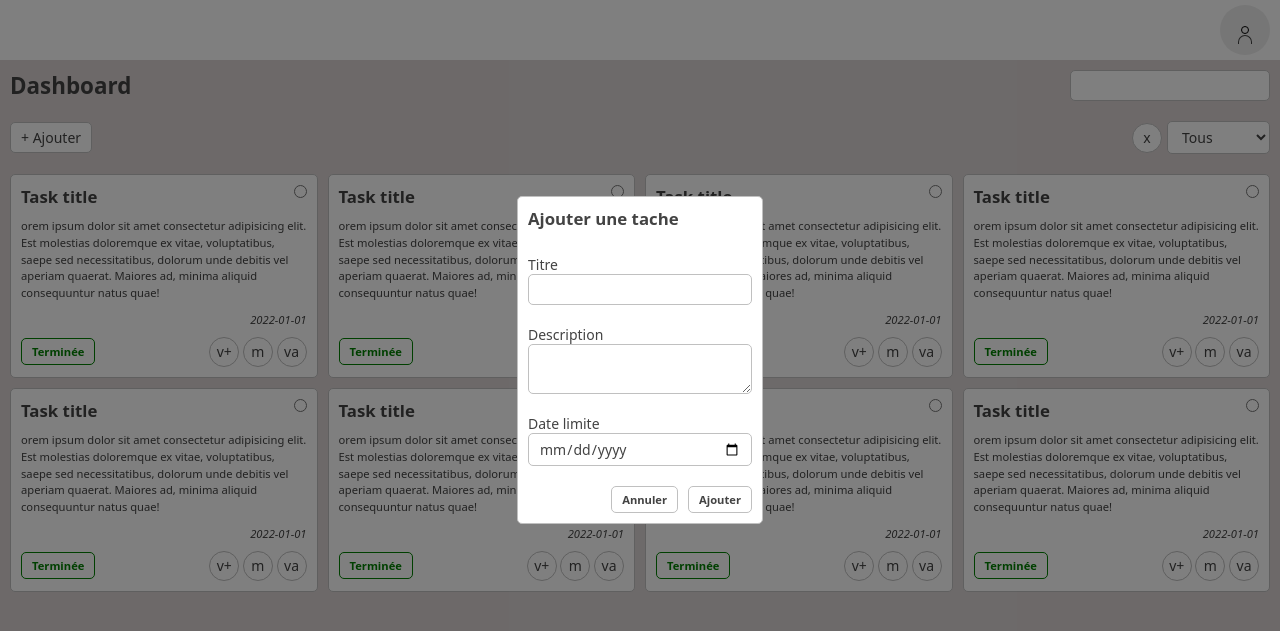
Repository: zpaulange/task_manager
Page: dashboard/index.html
These files come from the project's save history. The page is drawn as it stood at one moment and after the next save; the edit follows.
The browser window is 1280 px wide. The pictures show the whole page.

Above is the page before, as saved 2025-03-06 16:41:22.

### dashboard/index.html
<!DOCTYPE html>
<html lang="en">
<head>
    <meta charset="UTF-8">
    <meta name="viewport" content="width=device-width, initial-scale=1.0">
    <link rel="stylesheet" href="../assets/styles/dashboard/style.css">
    <title>Document</title>
</head>
<body>
  <section class="dashboard">
    <div class="dashboard_right">
      <nav class="dashbaord_nav">
        <a href="#" class="dashbaord_nav_avatar">
          <span></span>
        </a>
      </nav>
      <main class="main">
        <div class="main_header">
          <h1 class="main_header_title">Dashboard</h1>
          <input type="search" name="search" class=" main_header_search" style="width:200px">
        </div>
        <div class="main_header_actions">
          <div class="main_header_actions_left">
            <button class="main_header_actions_btn" id="addTask">+ Ajouter</button>
          </div>
          <div class="main_header_actions_right">
            <button class="main_header_actions_right_btnDel rounded-btn del">x</button>
            <select name="filter" class="main_header_actions_right_filter" id="">
              <option value="0">Tous</option>
              <option value="1">En cours</option>
              <option value="2">Annulés</option>
              <option value="3">Terminés</option>
            </select>
          </div>
        </div>
        <section class="main-task">
          <div class="main-task__content">
            <div class="main-task__content-item">
              <div class="main-task__content-item__title">
                Task title
              </div>
              <p class="main-task__content-item__desc">
                orem ipsum dolor sit amet consectetur adipisicing elit. Est molestias doloremque ex vitae, voluptatibus, saepe sed necessitatibus, dolorum unde debitis vel aperiam quaerat. Maiores ad, minima aliquid consequuntur natus quae!
              </p>
              <div class="main-task__content-item__date">
                2022-01-01
              </div>
              <div class="main-task__content-item__actions">
                <span class="main-task__content-item__actions_status completed">
                  Terminée
                </span>
                <div>
                  <button class="rounded-btn see-more">v+</button>
                  <button class="rounded-btn modify">m</button>
                  <button class="rounded-btn validate">va</button>
                </div>
              </div>
              <input type="radio" name="checkTask" class="checkTask" id="checkTask">
            </div>
            <div class="main-task__content-item">
              <div class="main-task__content-item__title">
                Task title
              </div>
              <p class="main-task__content-item__desc">
                orem ipsum dolor sit amet consectetur adipisicing elit. Est molestias doloremque ex vitae, voluptatibus, saepe sed necessitatibus, dolorum unde debitis vel aperiam quaerat. Maiores ad, minima aliquid consequuntur natus quae!
              </p>
              <div class="main-task__content-item__date">
                2022-01-01
              </div>
              <div class="main-task__content-item__actions">
                <span class="main-task__content-item__actions_status completed">
                  Terminée
                </span>
                <div>
                  <button class="rounded-btn see-more">v+</button>
                  <button class="rounded-btn modify">m</button>
                  <button class="rounded-btn validate">va</button>
                </div>
              </div>
              <input type="radio" name="checkTask" class="checkTask" id="checkTask">
            </div>
            <div class="main-task__content-item">
              <div class="main-task__content-item__title">
                Task title
              </div>
              <p class="main-task__content-item__desc">
                orem ipsum dolor sit amet consectetur adipisicing elit. Est molestias doloremque ex vitae, voluptatibus, saepe sed necessitatibus, dolorum unde debitis vel aperiam quaerat. Maiores ad, minima aliquid consequuntur natus quae!
              </p>
              <div class="main-task__content-item__date">
                2022-01-01
              </div>
              <div class="main-task__content-item__actions">
                <span class="main-task__content-item__actions_status completed">
                  Terminée
                </span>
                <div>
                  <button class="rounded-btn see-more">v+</button>
                  <button class="rounded-btn modify">m</button>
                  <button class="rounded-btn validate">va</button>
                </div>
              </div>
              <input type="radio" name="checkTask" class="checkTask" id="checkTask">
            </div>
            <div class="main-task__content-item">
              <div class="main-task__content-item__title">
                Task title
              </div>
              <p class="main-task__content-item__desc">
                orem ipsum dolor sit amet consectetur adipisicing elit. Est molestias doloremque ex vitae, voluptatibus, saepe sed necessitatibus, dolorum unde debitis vel aperiam quaerat. Maiores ad, minima aliquid consequuntur natus quae!
              </p>
              <div class="main-task__content-item__date">
                2022-01-01
              </div>
              <div class="main-task__content-item__actions">
                <span class="main-task__content-item__actions_status completed">
                  Terminée
                </span>
                <div>
                  <button class="rounded-btn see-more">v+</button>
                  <button class="rounded-btn modify">m</button>
                  <button class="rounded-btn validate">va</button>
                </div>
              </div>
              <input type="radio" name="checkTask" class="checkTask" id="checkTask">
            </div>
            <div class="main-task__content-item">
              <div class="main-task__content-item__title">
                Task title
              </div>
              <p class="main-task__content-item__desc">
                orem ipsum dolor sit amet consectetur adipisicing elit. Est molestias doloremque ex vitae, voluptatibus, saepe sed necessitatibus, dolorum unde debitis vel aperiam quaerat. Maiores ad, minima aliquid consequuntur natus quae!
              </p>
              <div class="main-task__content-item__date">
                2022-01-01
              </div>
              <div class="main-task__content-item__actions">
                <span class="main-task__content-item__actions_status completed">
                  Terminée
                </span>
                <div>
                  <button class="rounded-btn see-more">v+</button>
                  <button class="rounded-btn modify">m</button>
                  <button class="rounded-btn validate">va</button>
                </div>
              </div>
              <input type="radio" name="checkTask" class="checkTask" id="checkTask">
            </div>
            <div class="main-task__content-item">
              <div class="main-task__content-item__title">
                Task title
              </div>
              <p class="main-task__content-item__desc">
                orem ipsum dolor sit amet consectetur adipisicing elit. Est molestias doloremque ex vitae, voluptatibus, saepe sed necessitatibus, dolorum unde debitis vel aperiam quaerat. Maiores ad, minima aliquid consequuntur natus quae!
              </p>
              <div class="main-task__content-item__date">
                2022-01-01
              </div>
              <div class="main-task__content-item__actions">
                <span class="main-task__content-item__actions_status completed">
                  Terminée
                </span>
                <div>
                  <button class="rounded-btn see-more">v+</button>
                  <button class="rounded-btn modify">m</button>
                  <button class="rounded-btn validate">va</button>
                </div>
              </div>
              <input type="radio" name="checkTask" class="checkTask" id="checkTask">
            </div>
            <div class="main-task__content-item">
              <div class="main-task__content-item__title">
                Task title
              </div>
              <p class="main-task__content-item__desc">
                orem ipsum dolor sit amet consectetur adipisicing elit. Est molestias doloremque ex vitae, voluptatibus, saepe sed necessitatibus, dolorum unde debitis vel aperiam quaerat. Maiores ad, minima aliquid consequuntur natus quae!
              </p>
              <div class="main-task__content-item__date">
                2022-01-01
              </div>
              <div class="main-task__content-item__actions">
                <span class="main-task__content-item__actions_status completed">
                  Terminée
                </span>
                <div>
                  <button class="rounded-btn see-more">v+</button>
                  <button class="rounded-btn modify">m</button>
                  <button class="rounded-btn validate">va</button>
                </div>
              </div>
              <input type="radio" name="checkTask" class="checkTask" id="checkTask">
            </div>
            <div class="main-task__content-item">
              <div class="main-task__content-item__title">
                Task title
              </div>
              <p class="main-task__content-item__desc">
                orem ipsum dolor sit amet consectetur adipisicing elit. Est molestias doloremque ex vitae, voluptatibus, saepe sed necessitatibus, dolorum unde debitis vel aperiam quaerat. Maiores ad, minima aliquid consequuntur natus quae!
              </p>
              <div class="main-task__content-item__date">
                2022-01-01
              </div>
              <div class="main-task__content-item__actions">
                <span class="main-task__content-item__actions_status completed">
                  Terminée
                </span>
                <div>
                  <button class="rounded-btn see-more">v+</button>
                  <button class="rounded-btn modify">m</button>
                  <button class="rounded-btn validate">va</button>
                </div>
              </div>
              <input type="radio" name="checkTask" class="checkTask" id="checkTask">
            </div>
            <!-- <section class="box box-center">
              <h1>Aucune tache disponible...</h1>
            </section> -->
          </div>

        </section>
      </main>
    </div>
  </section>

  <!-- Modal -->
  <div class="modal" id="taskModal">
    <div class="modal-container">
      <h2 class="modal_title">Ajouter une tache</h2>
      <form action="#" class="form">
        <div class="form_item">
          <label for="taskTitle" class="">Titre</label>
          <input type="text">
        </div>
        <div class="form_item">
          <label for="taskDescription" class="">Description</label>
          <textarea></textarea>
        </div>
        <div class="form_item">
          <label for="taskDate" class="">Date limite</label>
          <input type="date">
        </div>
        <div class="form_item-btn">
          <button>Annuler</button>
          <button type="submit">Ajouter</button>
        </div>
      </form>
    </div>
  </div>

  <script src="../assets/js/script.js"></script>
</body>
</html>

### assets/styles/dashboard/style.css
*{
  margin:0;
  padding:0;
  box-sizing: border-box;
  position:relative;
  font-family: system-ui, sans-serif;
  font-size: 14px;
  color:#434343;
}
body{
  overflow-x: hidden;
}
a{
  text-decoration: none;
}
a:active, a:hover{
  color:#434343;
}
img{
  width: 100%;
  height: auto;
}
ul li{
  list-style: none;
}
input[type="search"],
input[type="text"],
input[type="date"], textarea{
  padding:5px 10px;
  border-radius:5px;
  border:1px solid silver;
  display: block;
  width: 100%;
}
input:focus, select:focus, textarea:focus{
  outline: none;
}

.dashboard{
  min-height: 100vh;
  background-color: #dbd4d4;
}

.dashboard_right{
  min-height: 100vh;
}
.dashbaord_nav{
  background-color: #fff;
  padding:5px 10px;
  display: flex;
  align-items:center;
  justify-content: flex-end;
  z-index: 1000;
  position: sticky;
  top:0;
  left:0;
}
.dashbaord_nav_avatar{
  display: flex;
  align-items: center;
  justify-content: center;
  height:50px;
  width: 50px;
  border-radius:50%;
  background-color: #eee;

}
.dashbaord_nav_avatar span{
  display: inline-block;
  height: 8px;
  width: 8px;
  border-radius:50%;
  border:1px solid #000
}
.dashbaord_nav_avatar span:before{
  content:'';
  position: absolute;
  height: 8px;
  width: 12px;
  border:1px solid;
  left:50%;
  transform: translateX(-50%);
  top:8px;
  border-bottom: none;
  border-top-left-radius: 10px;
  border-top-right-radius: 10px;
}

.main{
  padding:10px;
}
.main_header_title{
  font-size: 1.6rem;
}
.box{
  min-height: calc(100vh - 180px);
  background-color: #fff;
  border-radius:5px;
  padding:10px;
  margin-top:20px
}
.box.box-center{
  display: flex;
  align-items:center;
  justify-content: center;
}

.main_header{
  display: flex;
  justify-content: space-between;
  align-items:center;
  margin-bottom:20px;
}
.main_header_actions{
  display: flex;
  justify-content: space-between;
  align-items:center;
}
.main_header_actions_btn{
  padding:5px 10px;
  border-radius:5px;
  border:1px solid silver;
  background-color: #fff;
  cursor: pointer;
  transition: .2s;
}
.main_header_actions_btn:hover{
  background-color:blue;
  color:#fff;
}
.main_header_actions_right{
  display: flex;
  align-items:center;
  gap:5px;
}
.rounded-btn{
  border-radius:50%;
  border:1px solid silver;
  background-color: #fff;
  cursor: pointer;
  transition: .2s;
  cursor:pointer;
  width: 30px;
  height: 30px;
}
.rounded-btn.del:hover{
  background-color:red;
  color:#fff;
}
.rounded-btn.see-more:hover{
  background-color:blue;
  color:#fff;
}
.rounded-btn.modify:hover{
  background-color:rgb(172, 172, 14);
  color:#fff;
}
.rounded-btn.validate:hover{
  background-color:green;
  color:#fff;
}
.main_header_actions_right_filter{
  padding:5px 10px;
  border-radius:5px;
  border:1px solid silver;
  background-color: #fff;
}

.main-task__content{
  margin-top:20px;
  display: grid;
  grid-template-columns: repeat(auto-fill, minmax(300px, 1fr));
  gap:10px
}
.main-task__content-item{
  background-color:#fff;
  padding:10px;
  border-radius:5px;
  border:1px solid silver
}
.main-task__content-item__title{
  font-size: 1.2rem;
  font-weight: 600;
  padding-right:30px;
}
.main-task__content-item__desc{
  font-size: .8rem;
  line-height: 1.2rem;
  margin-top:10px;
  margin-bottom:10px;
}
.main-task__content-item__date{
  font-size: .8rem;
  text-align: right;
  font-style: italic;
}

.main-task__content-item__actions{
  display: flex;
  justify-content: space-between;
  align-items:center;
  margin-top:10px;
}
.main-task__content-item__actions_status, .form_item-btn button{
  padding:5px 10px;
  border-radius:5px;
  background-color: #fff;
  border:1px solid silver;
  font-size: .8rem;
  font-weight: 600;
}
.main-task__content-item__actions_status.canceled{
  color:red;
  border-color:red;
}
.main-task__content-item__actions_status.pending{
  color:blue;
  border-color:blue;
}
.main-task__content-item__actions_status.completed{
  color:green;
  border-color:green;
}
.checkTask{
  position:absolute;
  top:10px;
  right:10px;
}
.modal{
  position: fixed;
  top:50%;
  left:50%;
  transform: translate(-50%, -50%);
  width: 100%;
  height: 100vh;
  background-color: rgba(0, 0, 0, .5);
  display: flex;
  justify-content: center;
  align-items: center;
  z-index: 9999;
}
.modal_title{
  font-size: 1.2rem;
  font-weight: 600;
  margin-bottom:25px;
}
.modal-container{
  background-color: #fff;
  padding:10px;
  border-radius:5px;
  border:1px solid silver;
}

.form_item{
  margin-bottom:20px;
}
.form_item label{
  margin-bottom:3px;
}
.form_item-btn{
  margin-top:10px;
  display: flex;
  justify-content: flex-end;
  gap:10px;

}
.form_item-btn button:hover{
  background-color:blue;
  color:#fff;
  cursor:pointer
}

### assets/js/script.js
const addNewTask = document.querySelector('#addTask')
const addNewTaskModal = document.querySelector('#taskModal')

After the next save:
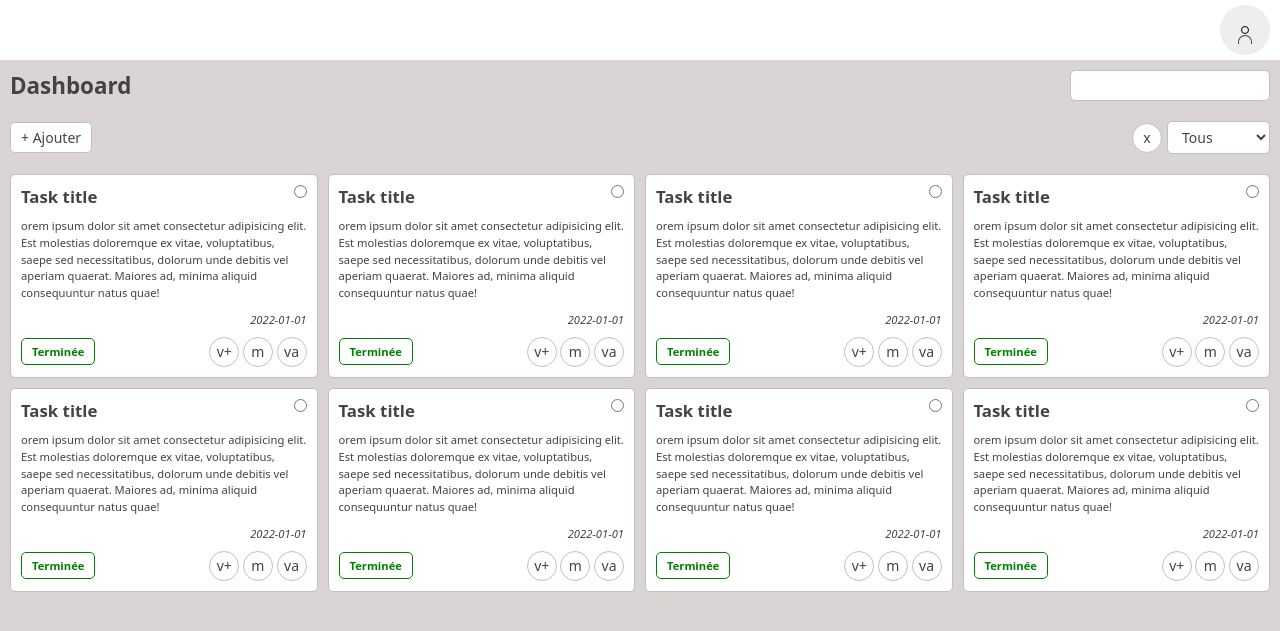
Saved 4 s later.
--- a/assets/styles/dashboard/style.css
+++ b/assets/styles/dashboard/style.css
@@ -230,7 +230,7 @@ input:focus, select:focus, textarea:focus{
   position: fixed;
   top:50%;
   left:50%;
-  transform: translate(-50%, -50%);
+  transform: translate(-50%, -50%) scale(0);
   width: 100%;
   height: 100vh;
   background-color: rgba(0, 0, 0, .5);
